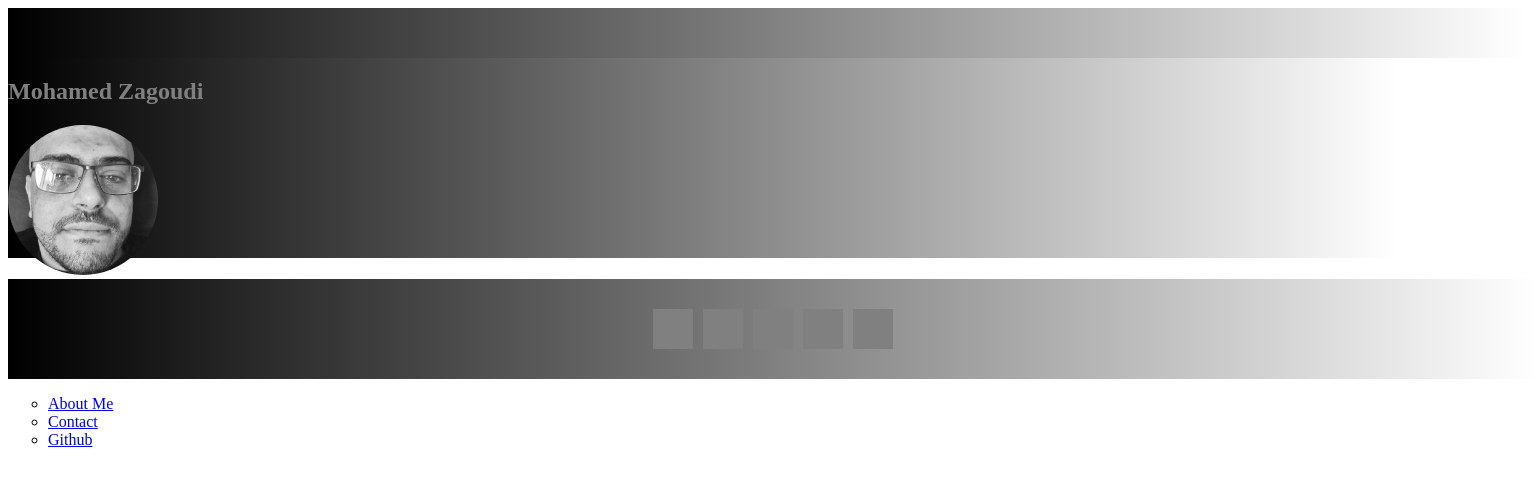
Repository: Mohzagou/Eersteportofolio
Page: index.html
An editor plug-in stored every save of this project. The page is shown before and after the next save, followed by the edit.
The browser window is 1280 px wide. The page is 1537 px wide, so the pictures cover 1537 px, including what lies to the right of the window. The pictures show the whole page.

Above is the page before, as saved 2022-06-07 22:45:08.

### index.html
<!DOCTYPE html>


<head>
    <link rel="stylesheet" href="styles.css" />
    <meta charset="UTF-8">

    <title>Document</title>
</head>

<body>

    <header></header>
    <div class="about-me">
        <h2 id="name">Mohamed Zagoudi</h2>
        <img class="avatar" src="images/67gwzvy.jpeg" alt="Mohamed Zagoudi headshot">


        <section>
            <div class="test"></div>
            <div class="test"></div>
            <div class="test"></div>
            <div class="test"></div>
            <div class="test"></div>
        </section>
        <footer>
            <ul style="list-style-type: circle ">
                <li><a href=" ">About Me</a></li>
                <li><a href=" ">Contact</a></li>
                <li><a href="https://github.com/Mohzagou ">Github</a></li>

            </ul>

        </footer>



</body>



</html>

### styles.css
body {
    display: flex;
    flex-direction: column;
}

header {
    width: 120%;
    height: 50px;
    background-image: linear-gradient(to right, black, grey, white);
    /*background-color: rgb(113, 74, 145);*/
}

section {
    width: 110%;
    height: 100px;
    background-image: linear-gradient(to right, black, grey, white);
    background-color: #234def;
    display: flex;
    align-items: center;
    justify-content: center;
}

.about-me {
    width: 110%;
    height: 200px;
    background-image: linear-gradient(to right, black, grey, white);
    /*background-color: rgb(177, 69, 21, 0.8);*/
    /*margin: 10px 0 10px 0;
    border: solid black 10px;
    border-radius: 15px;*/
}

.avatar {
    width: 150px;
    border-radius: 75px;
}

#name {
    color: grey;
}

.test {
    width: 40px;
    height: 40px;
    background-color: grey;
    margin: 5px;
}

After the next save:
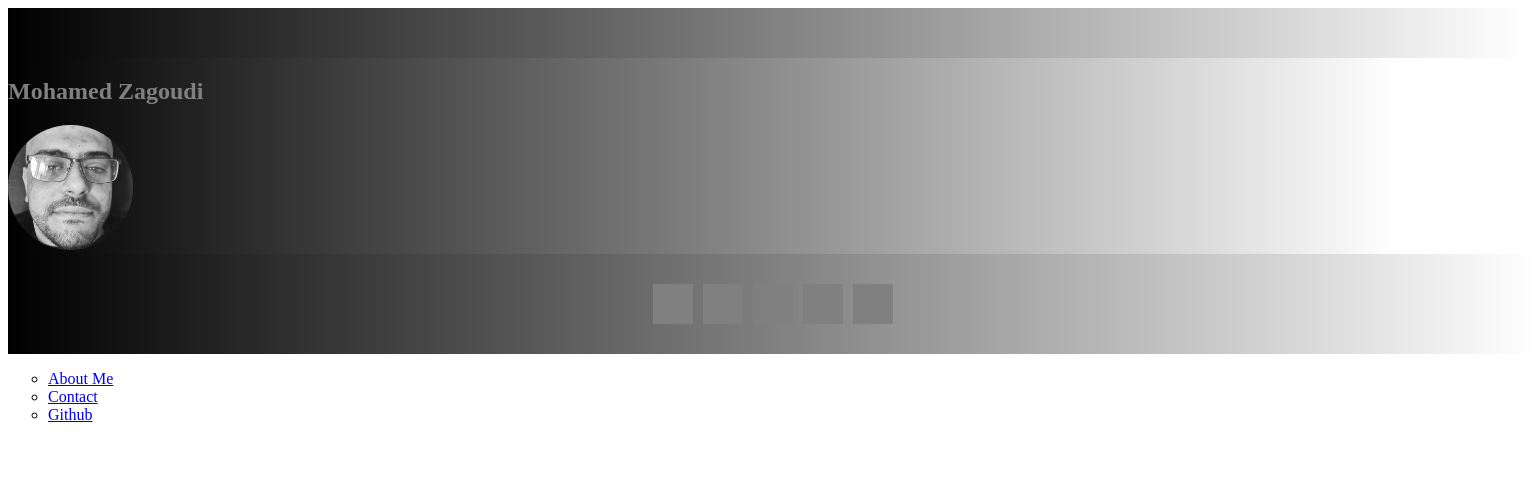
Saved 22 s later.
--- a/styles.css
+++ b/styles.css
@@ -31,8 +31,8 @@ section {
 }
 
 .avatar {
-    width: 150px;
-    border-radius: 75px;
+    width: 125px;
+    border-radius: 62px;
 }
 
 #name {
